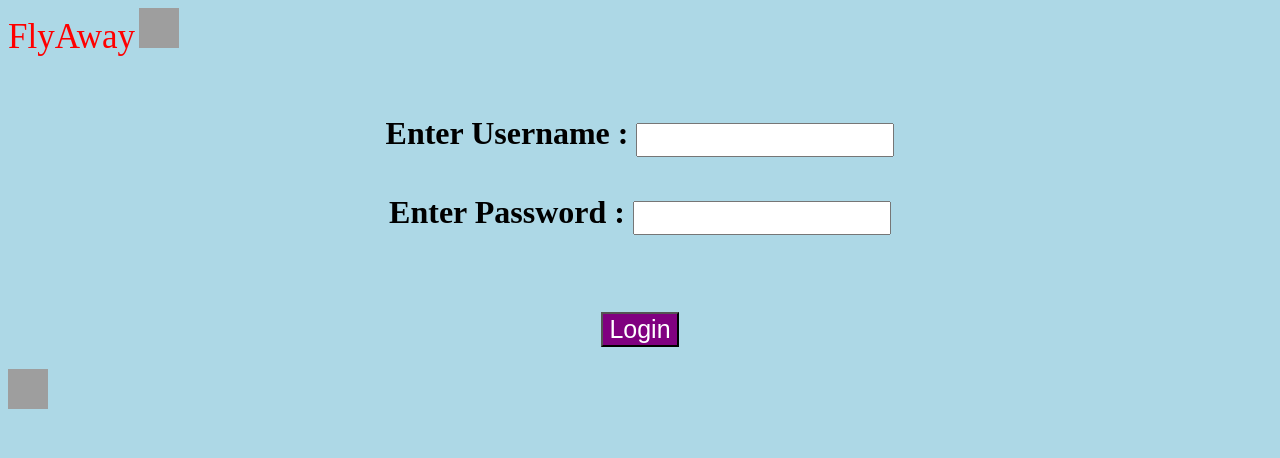
Repository: KanimozhiThandapani/Phase2AirlineBookingProject
Page: http://localhost/AirlineBooking/
These files come from the project's save history. The page is drawn as it stood at one moment and after the next save; the edit follows.
The browser window is 1280 px wide. The pictures show the whole page.
Pictures or frames that could not be fetched are drawn as grey boxes. The page is served by Tomcat 9. Other server files are loaded and not shown.

Above is the page before, as saved 2022-04-24 15:50:06.

### AirlineBooking/WebContent/login.jsp
<!DOCTYPE html>
<html>
<head>
<meta charset="ISO-8859-1">
<title>:: Login ::</title>
<style>
h {
  font-size: 35px;
  color: red;
  font-family: 'Brush Script MT', cursive;
}
</style>
</head>
<body style="background-color:lightblue;">


   <h>FlyAway</h>
   <img src="C:\Users\kumar\Desktop\airline.jpg" alt="Lamp" width="40" height="40">
    <h1>
   </br>
   <div align="center">
   <form action="login" method="POST">
    <label>Enter Username : </label>
    <input type="text" name="username" style="width:250px;height: 28px;" required="required"> <br> <br>

    <label>Enter Password : </label>
    <input type="password" name="password" style="width:250px;height: 28px;" required="required"> <br> <br> <br>

    <input type="submit" value="Login" style="font-size: 25px;background: purple;color: #FFF;">
   </form>
 </h1>
 </div>
 <img src="C:\Users\kumar\Desktop\flight.gif" alt="Lamp" width="40" height="40">
</body>
</html>

After the next save:
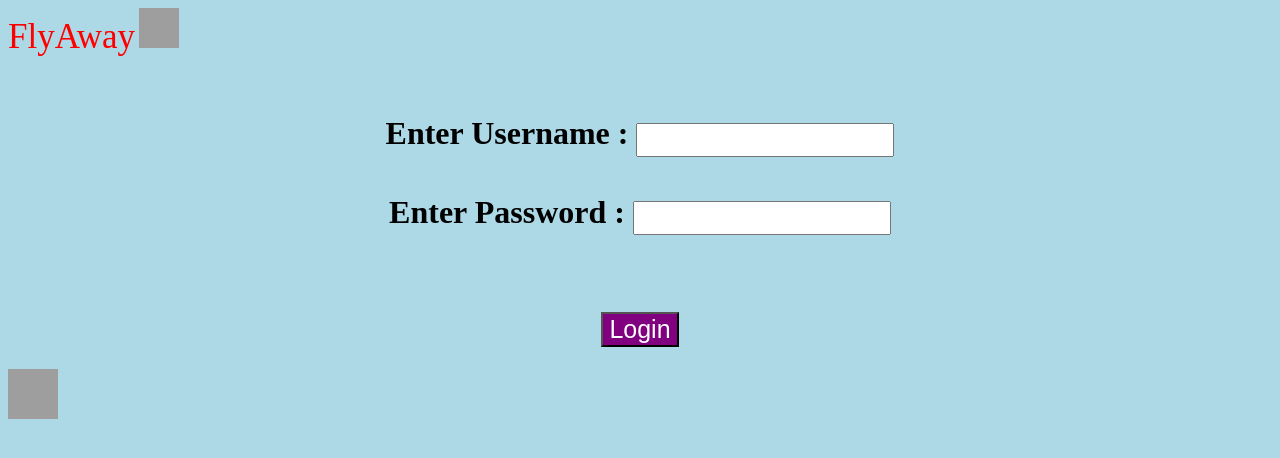
Saved 8 min 26 s later.
--- a/AirlineBooking/WebContent/login.jsp
+++ b/AirlineBooking/WebContent/login.jsp
@@ -30,6 +30,6 @@ h {
    </form>
  </h1>
  </div>
- <img src="C:\Users\kumar\Desktop\flight.gif" alt="Lamp" width="40" height="40">
+ <img src="C:\Users\kumar\Desktop\flight.gif" alt="Lamp" width="50" height="50">
 </body>
 </html>
